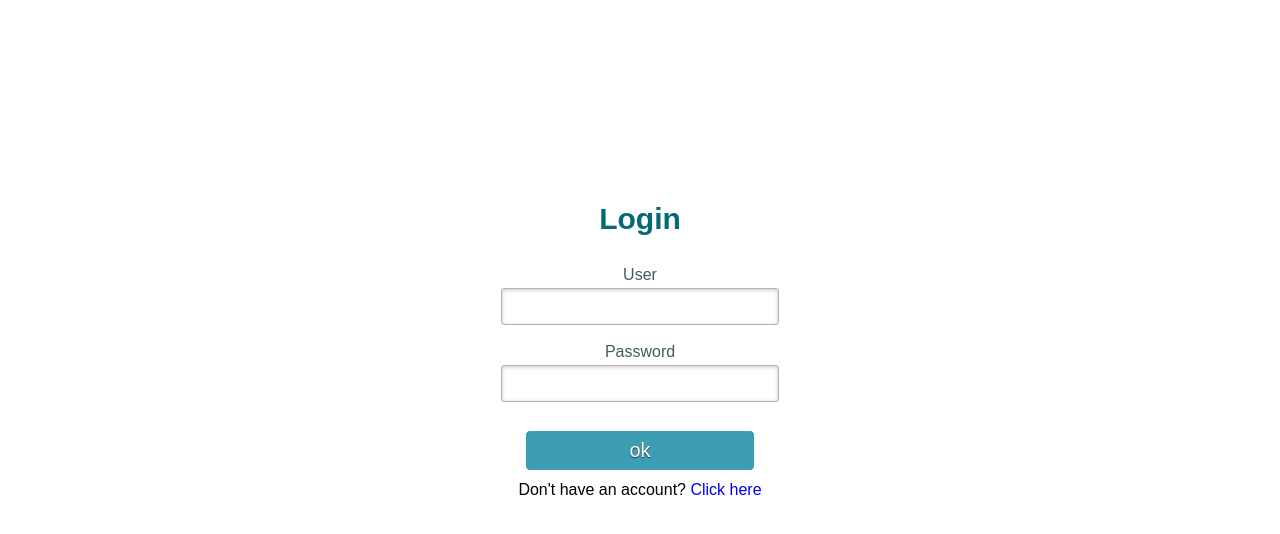
Repository: fontanive12/Biblioteca
Page: front/login.html
These files come from the project's save history. The page is drawn as it stood at one moment and after the next save; the edit follows.
The browser window is 1280 px wide. The pictures show the whole page.

Above is the page before, as saved 2022-09-07 18:11:28.

### front/login.html
<!DOCTYPE html>
<html lang="en">

<head>
    <meta charset="UTF-8">
    <meta http-equiv="X-UA-Compatible" content="IE=edge">
    <meta name="viewport" content="width=device-width, initial-scale=1.0">
    <link rel="stylesheet" href="login.css">
    <title>Document</title>
</head>

<body>
    <div class="containerLogin">
        <h1>Login</h1>
        <div class="containerLabel">
            <div class="lineLogin">
                <label for="userLogin">User</label>
                <br />
                <input id="userLogin">
            </div>
            <br />
            <div class="lineLogin">
                <label for="passwordLogin">Password</label>
                <br />
                <input type="password" name="passwordLogin" id="passwordLogin">
            </div>
            <br />
            <button id="button" onclick="checkTable()">ok</button>
            <p>Don't have an account? <a href="users.html"> Click here</a></p>
        </div>
    </div>

</body>
<script src="login.js"></script>
<script src="https://unpkg.com/axios/dist/axios.min.js"></script>

</html>

### front/login.css
/* CSS reset */
*, *:before, *:after {
    margin:0;
    padding:0;
    font-family: Arial,sans-serif;
  }

  .containerLabel {
    /* width: 500px;  */
    /* background-color: #066a75; */
    text-align: center;
    border-radius: 50px;
    border-color: #066a75;
  }

  .newAccount {
    font-size: 10px;
  }

  /* remove a linha dos links */
  a{
    text-decoration: none;
  }

  /* esconde as ancoras da tela */
  a.links{
    display: none;
  }

  .containerLogin {
    text-align: center;
    margin-top: 200px;
  }

  .content{
    width: 500px;
    min-height: 560px;
    margin: 0px auto;
    position: relative;
  }

  h1{
    font-size: 30px;
    color: #066a75;
    padding: 2px 0 10px 0;
    font-family: Arial,sans-serif;
    font-weight: bold;
    text-align: center;
    padding-bottom: 30px;
  }



  p{
    margin-bottom:15px;
  }

  .content p:first-child{
    margin: 0px;
  }

  label{
    color: #405c60;
    position: relative;
  }

  /* placeholder */
::-webkit-input-placeholder  {
    color: #bebcbc;
    font-style: italic;
  }

  input:-moz-placeholder,
  textarea:-moz-placeholder{
    color: #bebcbc;
    font-style: italic;
  }

  input {
    outline: none;
  }

  /*estilo dos input,  menos o checkbox */
  input:not([type="checkbox"]){
    width: 20%;
    margin-top: 4px;
    padding: 10px;
    border: 1px solid #b2b2b2;

    -webkit-border-radius: 3px;
    border-radius: 3px;

    -webkit-box-shadow: 0px 1px 4px 0px rgba(168, 168, 168, 0.6) inset;
    box-shadow: 0px 1px 4px 0px rgba(168, 168, 168, 0.6) inset;

    -webkit-transition: all 0.2s linear;
    transition: all 0.2s linear;
  }

  /* estilo do botão submit */
  button{
    width: 18%!important;
    cursor: pointer;
    background: rgb(61, 157, 179);
    padding: 8px 5px;
    color: #fff;
    font-size: 20px;
    border: 1px solid #fff;
    margin-bottom: 10px;
    margin-top: 10px;
    text-shadow: 0 1px 1px #333;
    -webkit-border-radius: 5px;
    border-radius: 5px;
    transition: all 0.2s linear;
  }

### front/login.js
const ENDPOINT = "http://localhost:3000";

const checkTable = () => {
    axios.get(`${ENDPOINT}/users`)
        .then((response) => {
            if (response.status === 200) {
                const data = response.data;

                const input1 = document.querySelector("#userLogin");
                const userLogin = input1.value;

                const input2 = document.querySelector("#passwordLogin");
                const passwordLogin = input2.value;

                let validation = false;

                for (let i = 0; i < data.length; i++) {

                    if (userLogin === data[i].email && passwordLogin === data[i].password) {
                        validation = true;
                    }
                }

                if (validation === true) {
                    window.location.href = "initialPage.html";
                } else {
                    alert('error')
                }

                console.log(data)
            }
        })
};

After the next save:
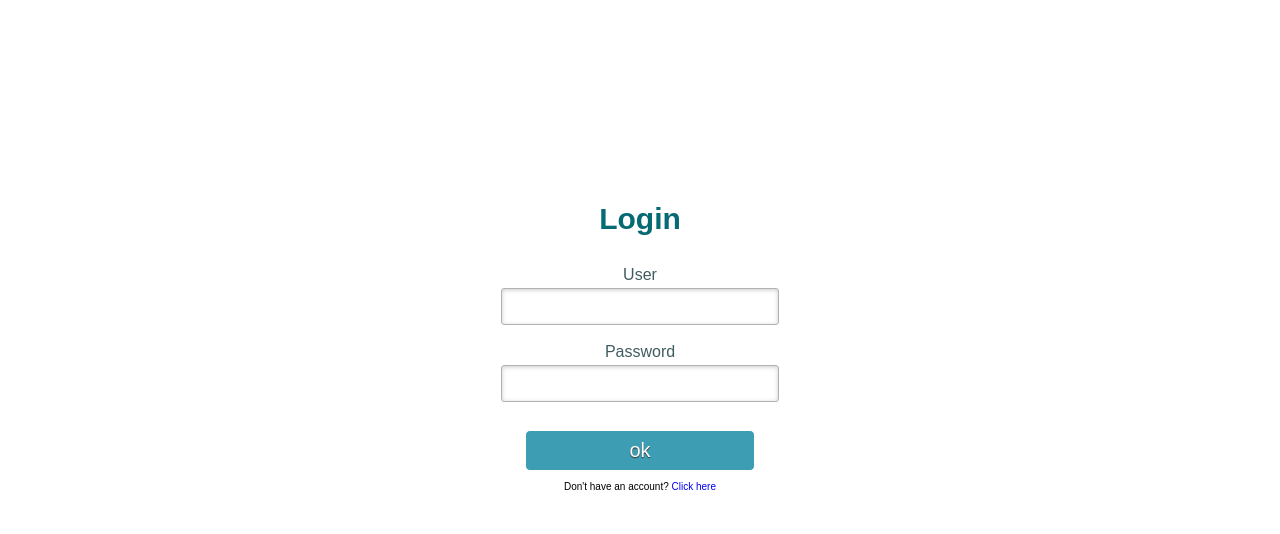
Saved 2 s later.
--- a/front/login.html
+++ b/front/login.html
@@ -26,7 +26,7 @@
             </div>
             <br />
             <button id="button" onclick="checkTable()">ok</button>
-            <p>Don't have an account? <a href="users.html"> Click here</a></p>
+            <p class="newAccount">Don't have an account? <a href="users.html"> Click here</a></p>
         </div>
     </div>
 
